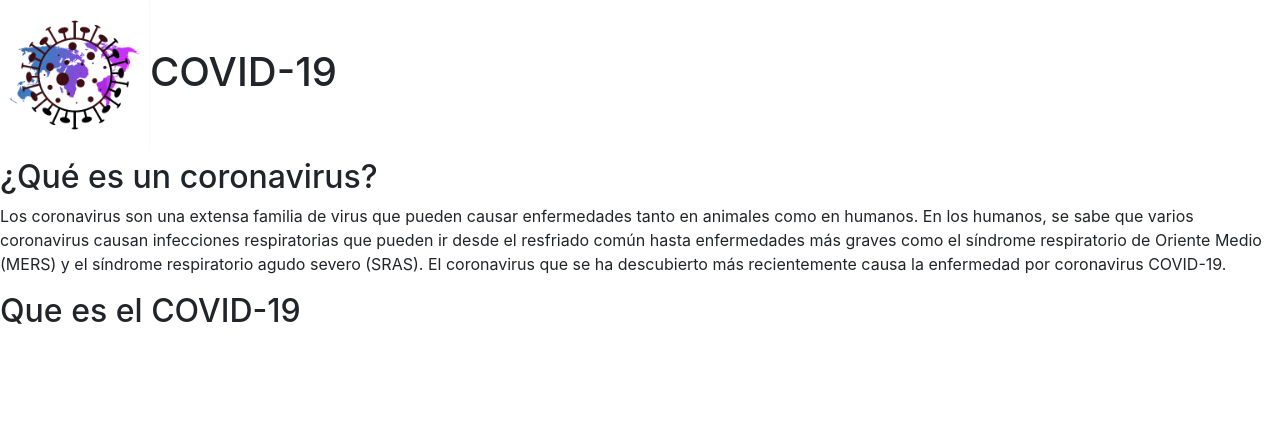
Repository: AndreyRi13/1erparcial1151804
Page: Home.html
These files come from the project's save history. The page is drawn as it stood at one moment and after a run of saves; the edit follows.
The browser window is 1280 px wide. The pictures show the whole page.

Above is the page before, as saved 2020-10-06 07:13:37.
Console error (its wording comes from the project's code and is left out).

### Home.html
<!DOCTYPE html>
<html lang="en">
<head>
    <meta charset="UTF-8">
    <meta name="viewport" content="width=device-width, initial-scale=1.0">
    <link rel="stylesheet" href="https://stackpath.bootstrapcdn.com/bootstrap/4.5.2/css/bootstrap.min.css" integrity="sha384-JcKb8q3iqJ61gNV9KGb8thSsNjpSL0n8PARn9HuZOnIxN0hoP+VmmDGMN5t9UJ0Z" crossorigin="anonymous">
    <script src="https://stackpath.bootstrapcdn.com/bootstrap/4.5.2/js/bootstrap.min.js" integrity="sha384-B4gt1jrGC7Jh4AgTPSdUtOBvfO8shuf57BaghqFfPlYxofvL8/KUEfYiJOMMV+rV" crossorigin="anonymous"></script>
    <title>COVID-19</title>
</head>
<body>

        <header>
        <H1><img src="/img/hiclipart.com.png" alt="logo" width="150" height="150">COVID-19</H1>
        </header>


        <h2>¿Qué es un coronavirus?</h2>
            <p>Los coronavirus son una extensa familia de virus que pueden
                causar enfermedades tanto en animales como en humanos. En
                los humanos, se sabe que varios coronavirus causan infecciones
                respiratorias que pueden ir desde el resfriado común hasta
                enfermedades más graves como el síndrome respiratorio de
                Oriente Medio (MERS) y el síndrome respiratorio agudo severo
                (SRAS). El coronavirus que se ha descubierto más
                recientemente causa la enfermedad por coronavirus COVID-19.</p>
                <h2>Que es el COVID-19</h2>












        <script src="https://code.jquery.com/jquery-3.5.1.slim.min.js" integrity="sha384-DfXdz2htPH0lsSSs5nCTpuj/zy4C+OGpamoFVy38MVBnE+IbbVYUew+OrCXaRkfj" crossorigin="anonymous"></script>
        <script src="https://cdn.jsdelivr.net/npm/popper.js@1.16.1/dist/umd/popper.min.js" integrity="sha384-9/reFTGAW83EW2RDu2S0VKaIzap3H66lZH81PoYlFhbGU+6BZp6G7niu735Sk7lN" crossorigin="anonymous"></script>
</body>
</html>

After the next 2 saves:
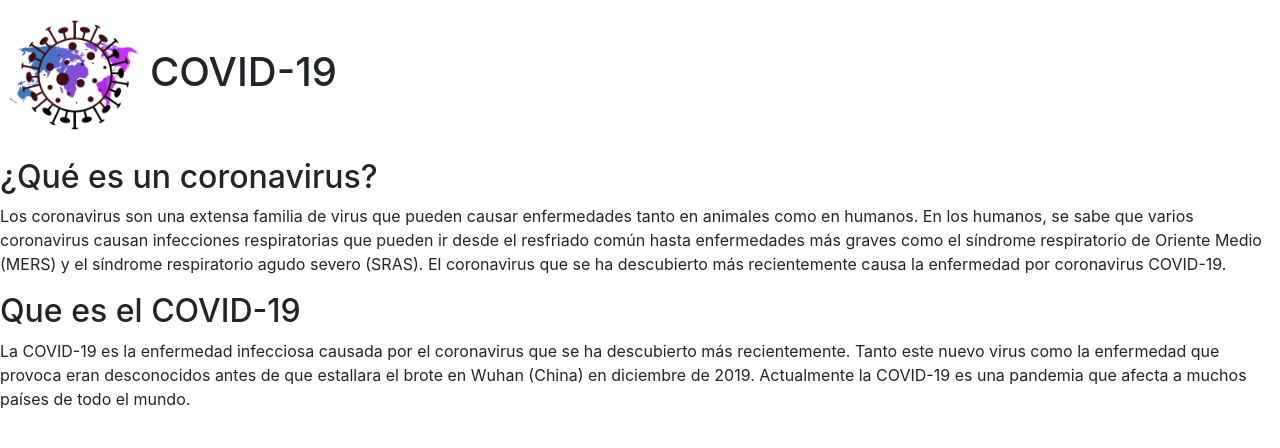
The 2 saves are shown as one change because they came seconds apart.
The last was saved 8 s later.
--- a/Home.html
+++ b/Home.html
@@ -26,7 +26,10 @@
                 <h2>Que es el COVID-19</h2>
 
 
-
+<p>La COVID-19 es la enfermedad infecciosa causada por el coronavirus que se ha descubierto más recientemente. Tanto este nuevo
+    virus como la enfermedad que provoca eran desconocidos antes de que estallara el brote en Wuhan (China) en diciembre de
+    2019. Actualmente la COVID-19 es una pandemia que afecta a muchos países de todo el mundo.
+    </p>
 
 
 
